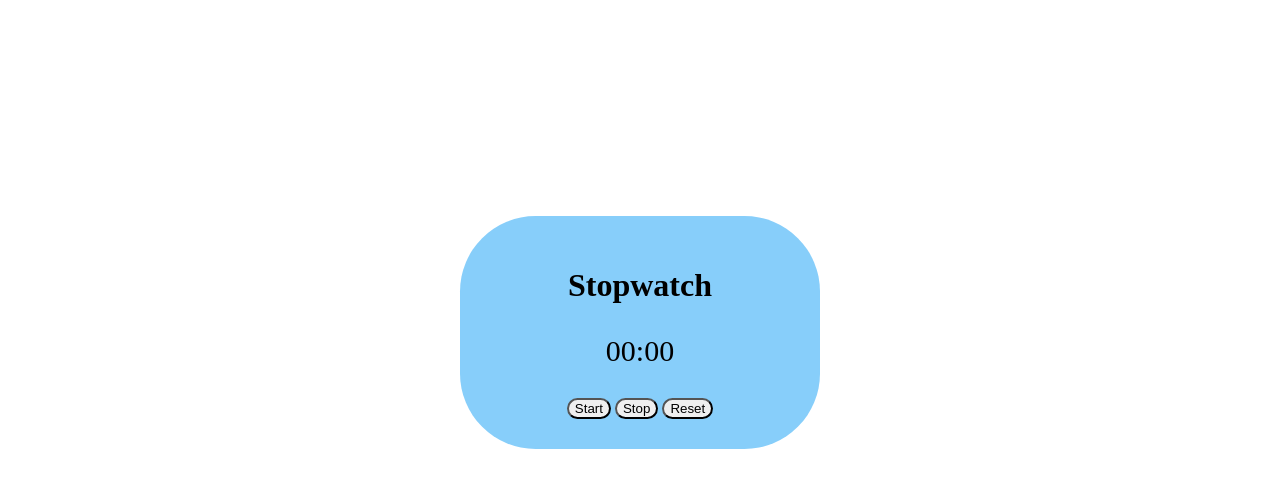
Repository: LeyaAbraham/web-dev
Page: clock.html
The author's editor kept a copy of each file at every save. The page is drawn from the files as they stood at one save, then again after the next save.
The browser window is 1280 px wide. The pictures show the whole page.

Above is the page before, as saved 2021-01-05 23:17:43.

After the next save:
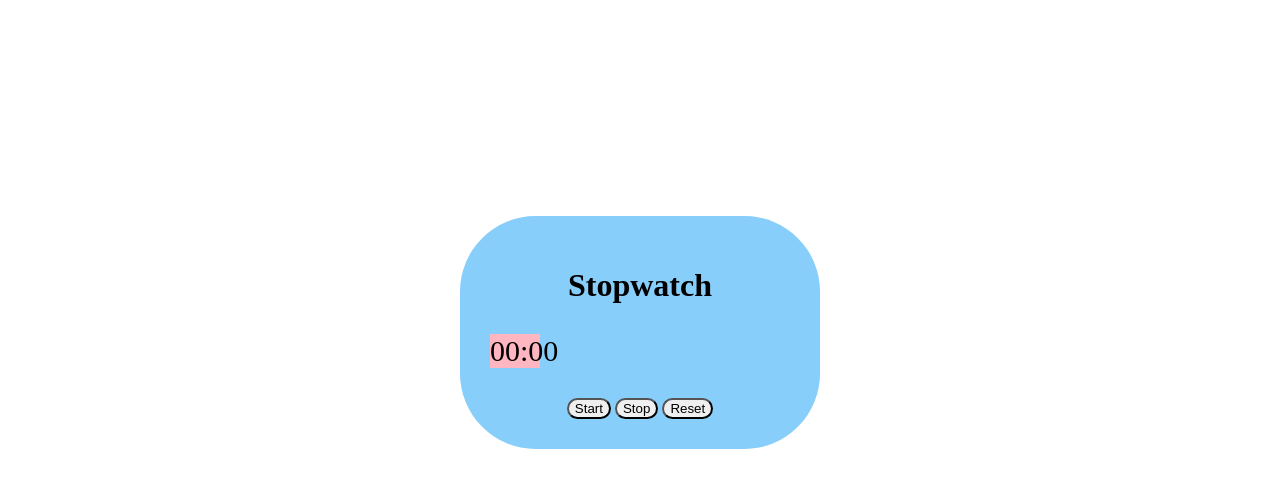
Saved 10 s later.
--- a/style.css
+++ b/style.css
@@ -25,6 +25,6 @@ p {
 }
 
 #time {
-    background: lightpink
-    width: 50px;
+    background: lightpink;
+    width: 50px
 }
